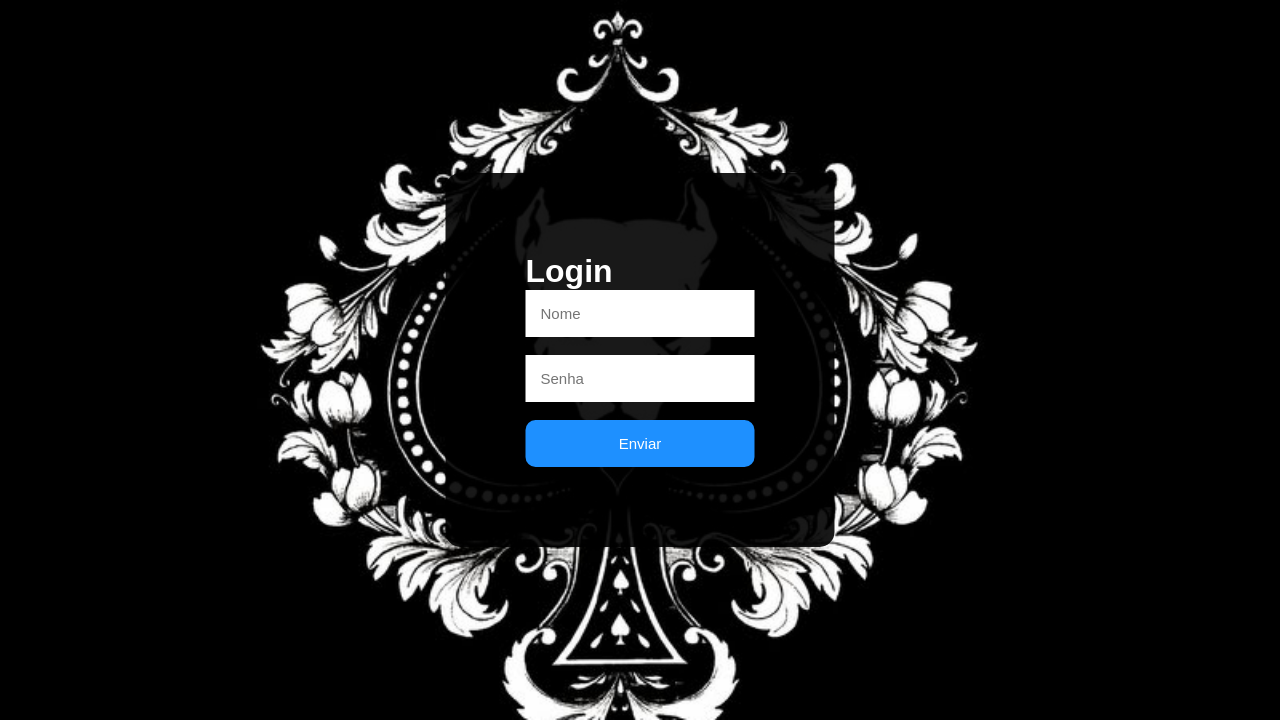
Repository: Vitor4863/Projeto-MetalBull
Page: http://localhost/MetalBull/
An editor plug-in stored every save of this project. The page is shown before and after the next save, followed by the edit.
The browser window is 1280 px wide. The pictures show the whole page.
The page is served by Tomcat 9.

Above is the page before, as saved 2022-06-23 21:55:02.

After the next save:
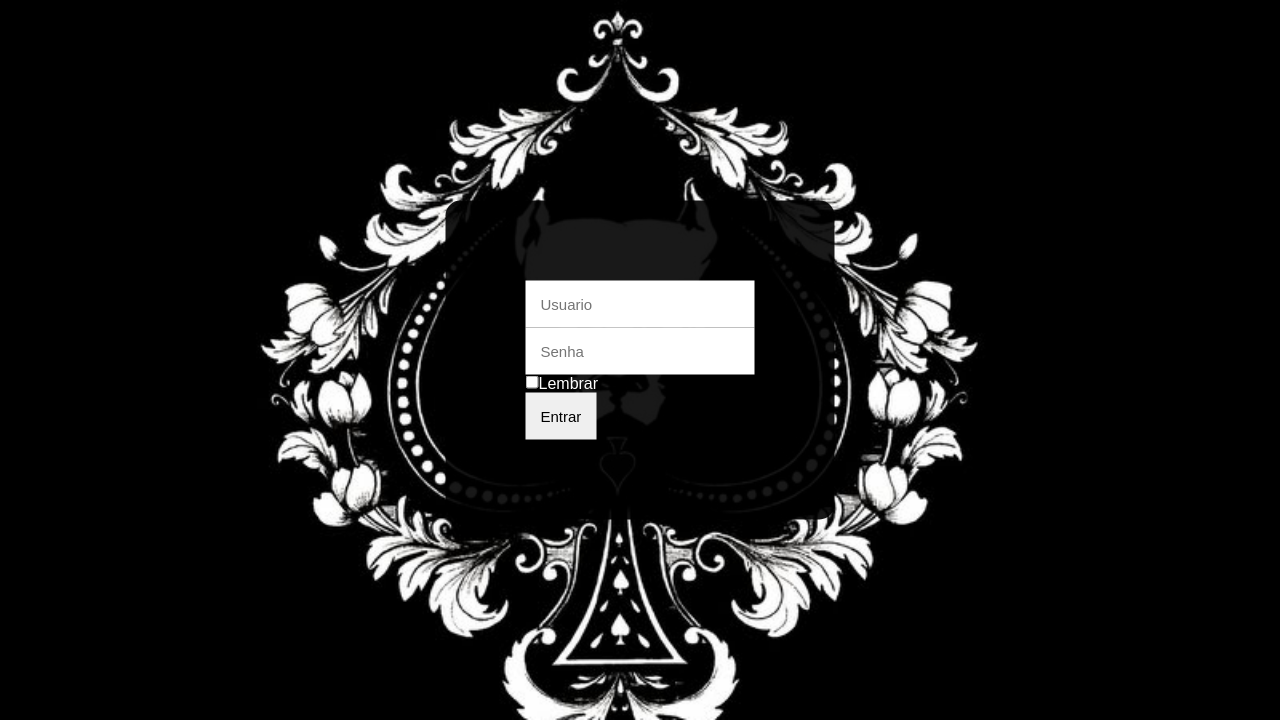
Saved 23 min 41 s later.
--- a/MetalBull/src/main/webapp/index.jsp
+++ b/MetalBull/src/main/webapp/index.jsp
@@ -54,13 +54,27 @@
 </head>
 <body>
 
-	<form action="">
-		<h1>Login</h1>
-		<input type="text" placeholder="Nome"> <br>
-		<br> <input type="password" placeholder="Senha"> <br>
-		<br>
-		<button>Enviar</button>
-	</form>
+	<form id="entrada" method="post" name="entrada" action="confirma.html" onsubmit="return validar();"autocomplete="off"><!--form-->
+					<div class="input-group form-group">
+						<div class="input-group-prepend">
+							<span class="input-group-text"><i class="fas fa-user"></i></span>
+						</div>
+						<input type="text" name="usuario" class="form-control" placeholder="Usuario" id="usuario"><!--usuario-->
+
+					</div>
+					<div class="input-group form-group">
+						<div class="input-group-prepend">
+							<span class="input-group-text"><i class="fas fa-key"></i></span>
+						</div>
+						<input type="password" name="senha" class="form-control" placeholder="Senha" id="senha"><!--senha-->
+					</div>
+					<div class="row align-items-center remember">
+						<input type="checkbox">Lembrar
+					</div>
+					<div class="form-group">
+						<input type="submit" name="enviar" id="enviar" value="Entrar" class="btn float-right login_btn"><!--botão-->
+					</div>
+				</form>
 </body>
 
 

After the 3 saves that followed:
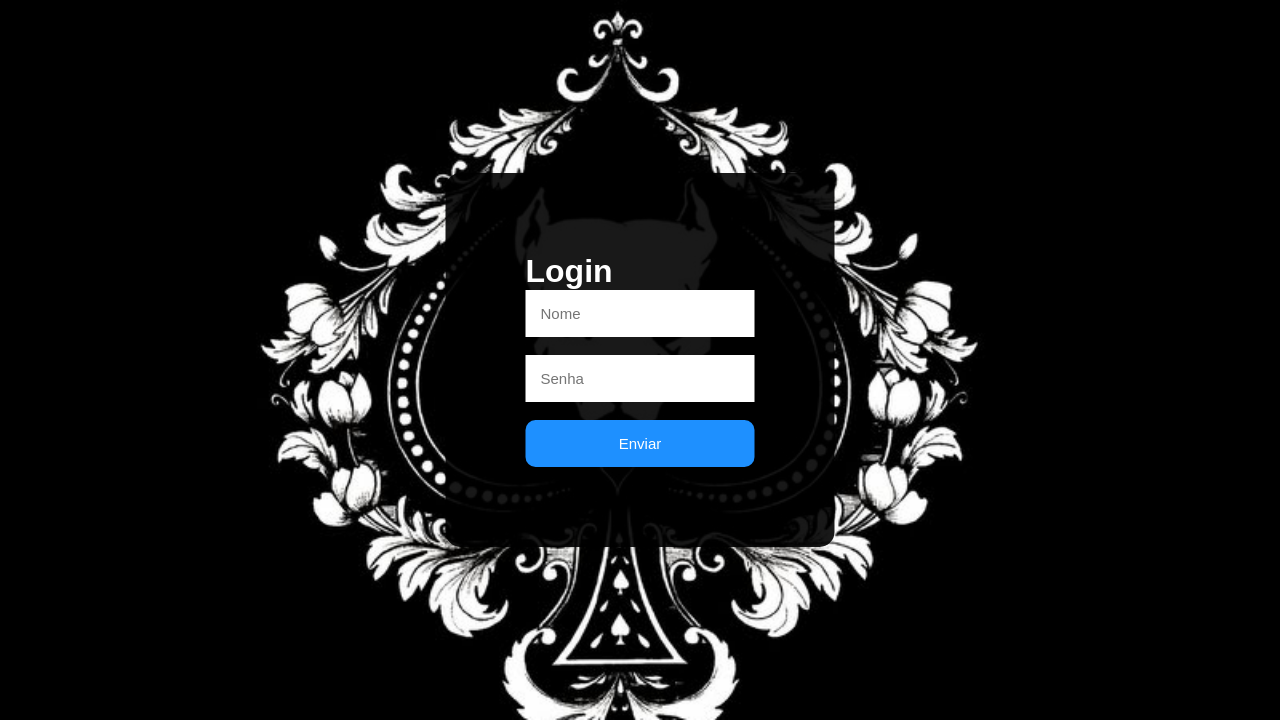
The 3 saves are shown as one change because 2 left the picture as it was.
The last was saved 8 min 44 s later.
--- a/MetalBull/src/main/webapp/index.jsp
+++ b/MetalBull/src/main/webapp/index.jsp
@@ -53,28 +53,27 @@
 </style>
 </head>
 <body>
+ <script>
+        function validar(){
+            alert(document.entrada.usuario.value);
 
-	<form id="entrada" method="post" name="entrada" action="confirma.html" onsubmit="return validar();"autocomplete="off"><!--form-->
-					<div class="input-group form-group">
-						<div class="input-group-prepend">
-							<span class="input-group-text"><i class="fas fa-user"></i></span>
-						</div>
-						<input type="text" name="usuario" class="form-control" placeholder="Usuario" id="usuario"><!--usuario-->
+            if((document.entrada.usuario.value == "admin") && (document.entrada.senha.value == "12345")){
+				sessionStorage.setItem('usuario') = "admin";
+                return true;
+            } else {
+                alert('usuario e/ou Senha incorretos');
+                return false;
+            }
+        }
+    </script><!--JAVA SCRIPT-->
 
-					</div>
-					<div class="input-group form-group">
-						<div class="input-group-prepend">
-							<span class="input-group-text"><i class="fas fa-key"></i></span>
-						</div>
-						<input type="password" name="senha" class="form-control" placeholder="Senha" id="senha"><!--senha-->
-					</div>
-					<div class="row align-items-center remember">
-						<input type="checkbox">Lembrar
-					</div>
-					<div class="form-group">
-						<input type="submit" name="enviar" id="enviar" value="Entrar" class="btn float-right login_btn"><!--botão-->
-					</div>
-				</form>
+	<form action="cadastrarProduto.jsp">
+		<h1>Login</h1>
+		<input type="text" placeholder="Nome"> <br>
+		<br> <input type="password" placeholder="Senha"> <br>
+		<br>
+		<button>Enviar</button>
+	</form>
 </body>
 
 
